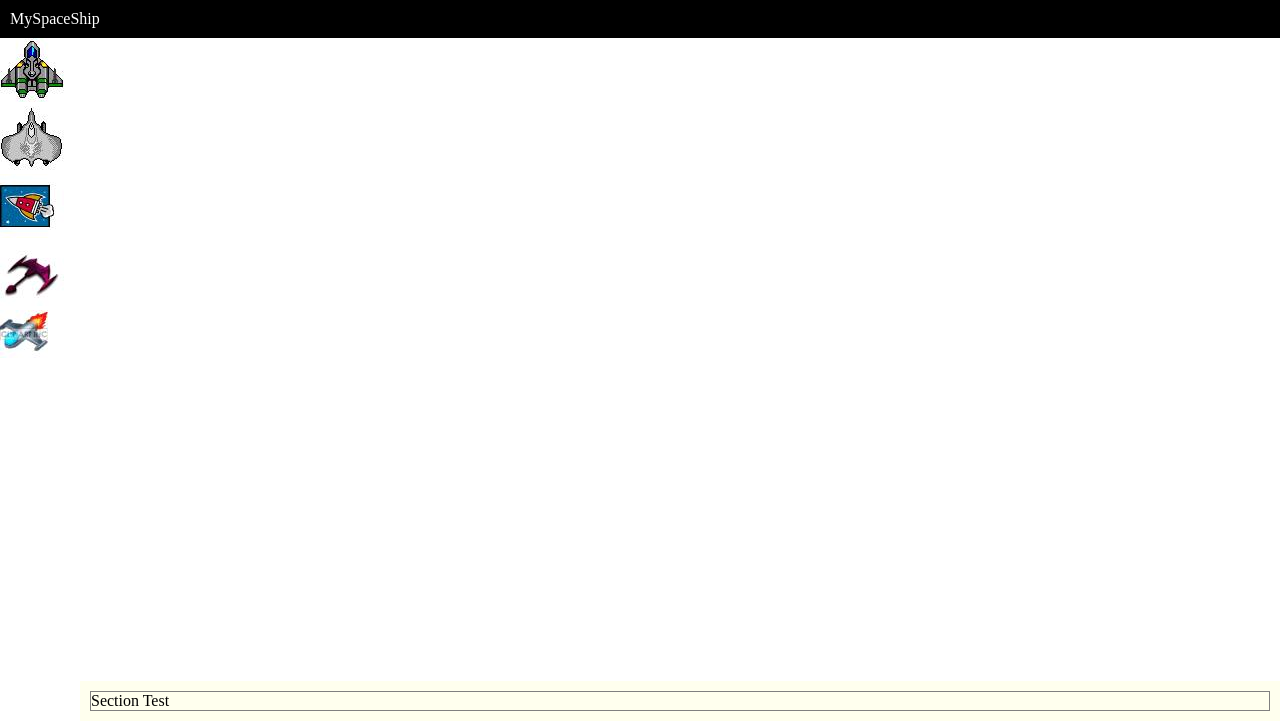
Repository: eudesf/MySpaceShip
Page: MySpaceShip/WebContent/index.html
An editor plug-in stored every save of this project. The page is shown before and after the next save, followed by the edit.
The browser window is 1280 px wide. The pictures show the whole page.

Above is the page before, as saved 2012-03-15 20:25:36.

### MySpaceShip/WebContent/index.html
<!DOCTYPE html>

<html>
	<head>
		<style>
			/* reset from YUI 3 */
   		    html{color:#000;background:#FFF;}body,div,dl,dt,dd,ul,ol,li,h1,h2,h3,h4,h5,h6,pre,code,form,fieldset,legend,input,textarea,p,blockquote,th,td{margin:0;padding:0;}table{border-collapse:collapse;border-spacing:0;}fieldset,img{border:0;}address,caption,cite,code,dfn,em,strong,th,var{font-style:normal;font-weight:normal;}li{list-style:none;}caption,th{text-align:left;}h1,h2,h3,h4,h5,h6{font-size:100%;font-weight:normal;}q:before,q:after{content:'';}abbr,acronym{border:0;font-variant:normal;}sup{vertical-align:text-top;}sub{vertical-align:text-bottom;}input,textarea,select{font-family:inherit;font-size:inherit;font-weight:inherit;}input,textarea,select{*font-size:100%;}legend{color:#000;}

			header {
				background: #000;
				color: #fff;
				padding: 10px;
			}

			nav {
				float: left;
				width: 80px;
			}

			nav a {
				display: block;
			}

			section {
				position: absolute;
				left: 80px;
				right: 0px;
				bottom: -1px;
				background: #FFE;
			}

			article {
				margin: 10px;
				border: 1px solid gray;

			}

		</style>
	</head>
	<body>

		<header>
			<h2>MySpaceShip</h2>
		</header>

		<nav>
			<a href="javascript:void(0)">
				<img src="images/ship1.jpg"/>
			</a>
			<a href="javascript:void(0)">
				<img src="images/ship2.jpg"/>
			</a>
			<a href="javascript:void(0)">
				<img src="images/ship3.jpg"/>
			</a>
			<a href="javascript:void(0)">
				<img src="images/ship4.jpg"/>
			</a>
			<a href="javascript:void(0)">
				<img src="images/ship5.jpg"/>
			</a>
		</nav>

		<section>
			<article>
				Section Test
			</article>
		</section>

	</body>
</html>

After the next save:
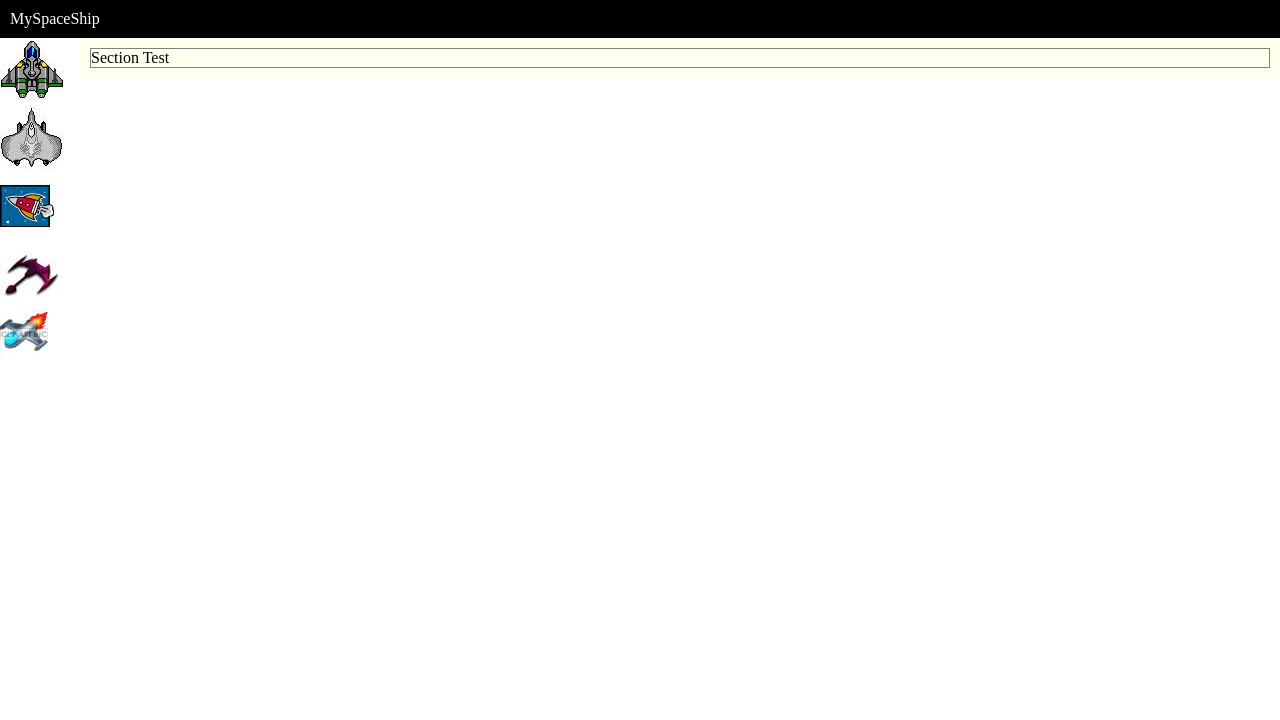
Saved 5 s later.
--- a/MySpaceShip/WebContent/index.html
+++ b/MySpaceShip/WebContent/index.html
@@ -25,7 +25,7 @@
 				position: absolute;
 				left: 80px;
 				right: 0px;
-				bottom: -1px;
+
 				background: #FFE;
 			}
 
